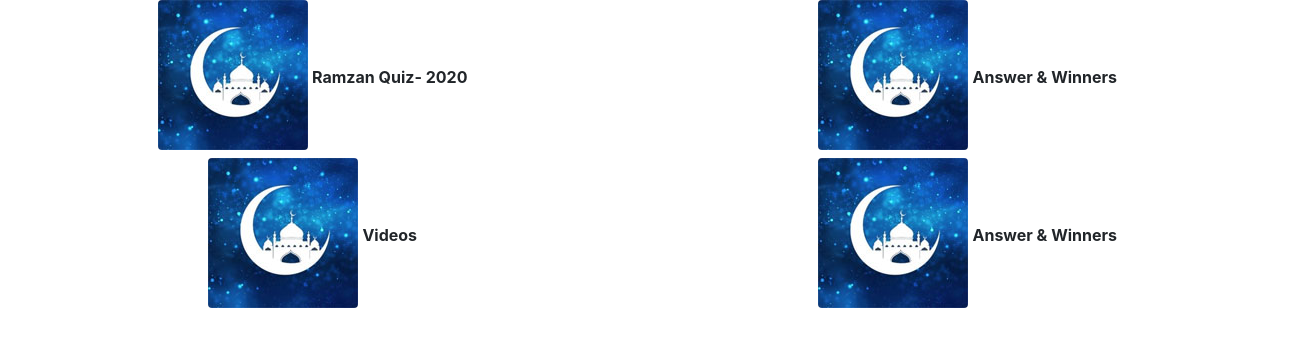
Repository: rsusolutions/RSU-Website
Page: quiz/index.html
The author's editor kept a copy of each file at every save. The page is drawn from the files as they stood at one save, then again after the next save.
The browser window is 1280 px wide. The page is 1295 px wide, then 1280 px, so the pictures cover 1295 px, including what lies to the right of the window. The pictures show the whole page.
Some web libraries are served in a nearby version.

Above is the page before, as saved 2020-04-21 19:38:15.

After the next save:
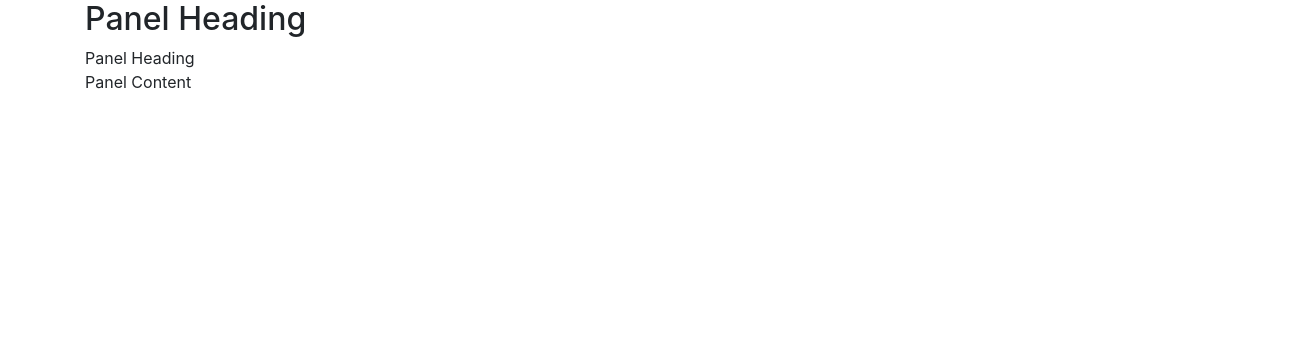
Saved 13 min 37 s later.
--- a/quiz/index.html
+++ b/quiz/index.html
@@ -13,30 +13,13 @@
     <title>quiz</title>
   </head>
   <body>
-    <section class="section-preview ">
-
- <div class="row">
-      <div class="col" style=" text-align: center;">
-    <img class="rounded mb-2" alt="100x100" src="img/ramzan.jpg" data-holder-rendered="true">
-    <b>Ramzan Quiz- 2020</b>
-    </div>
-      <div class="col" style=" text-align: center;">
-    <img class="rounded mb-2" alt="100x100" src="img/ramzan.jpg" data-holder-rendered="true">
-    <b>Answer & Winners</b>
-    </div>
-    </div>
- <div class="row">
-      <div class="col" style=" text-align: center;">
-    <img class="rounded mb-2" alt="100x100" src="img/ramzan.jpg" data-holder-rendered="true">
-    <b>Videos</b>
-    </div>
-      <div class="col" style=" text-align: center;">
-    <img class="rounded mb-2" alt="100x100" src="img/ramzan.jpg" data-holder-rendered="true">
-    <b>Answer & Winners</b>
-    </div>
-    </div>
-
-    </section>
+<div class="container">
+  <h2>Panel Heading</h2>
+  <div class="panel panel-default">
+    <div class="panel-heading">Panel Heading</div>
+    <div class="panel-body">Panel Content</div>
+  </div>
+</div>
     <!-- Optional JavaScript -->
     <!-- jQuery first, then Popper.js, then Bootstrap JS -->
     <script src="https://code.jquery.com/jquery-3.2.1.slim.min.js" integrity="sha384-KJ3o2DKtIkvYIK3UENzmM7KCkRr/rE9/Qpg6aAZGJwFDMVNA/GpGFF93hXpG5KkN" crossorigin="anonymous"></script>
